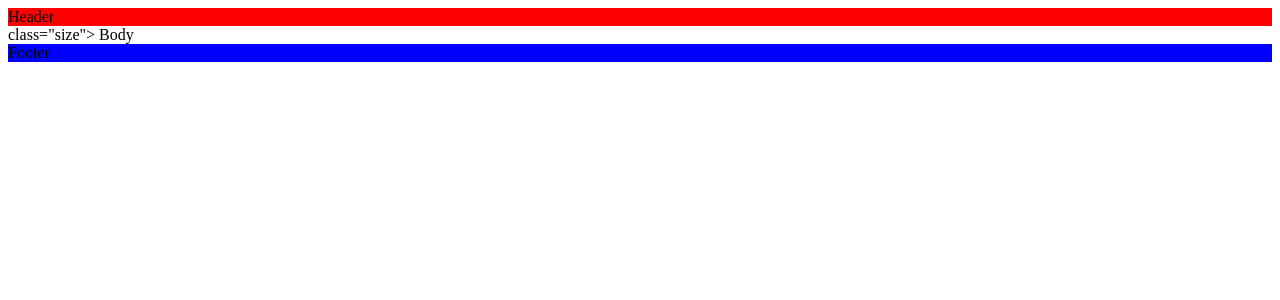
Repository: mememein/samurai_HTML-CSS
Page: index.html
The author's editor kept a record of every edit. The page is drawn from the files as they stood at one moment, then again after the next edit.
The browser window is 1280 px wide. The pictures show the whole page.

Above is the page before.

After the next edit:
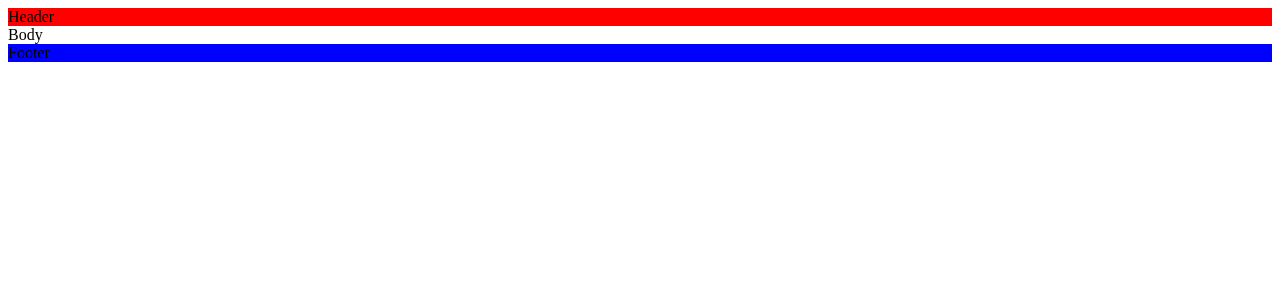
The edit:
--- a/index.html
+++ b/index.html
@@ -19,7 +19,7 @@
         <header>
             Header
         </header>
-        <div> class="size">
+        <div class="size">
             Body
         </div>
         <footer>
